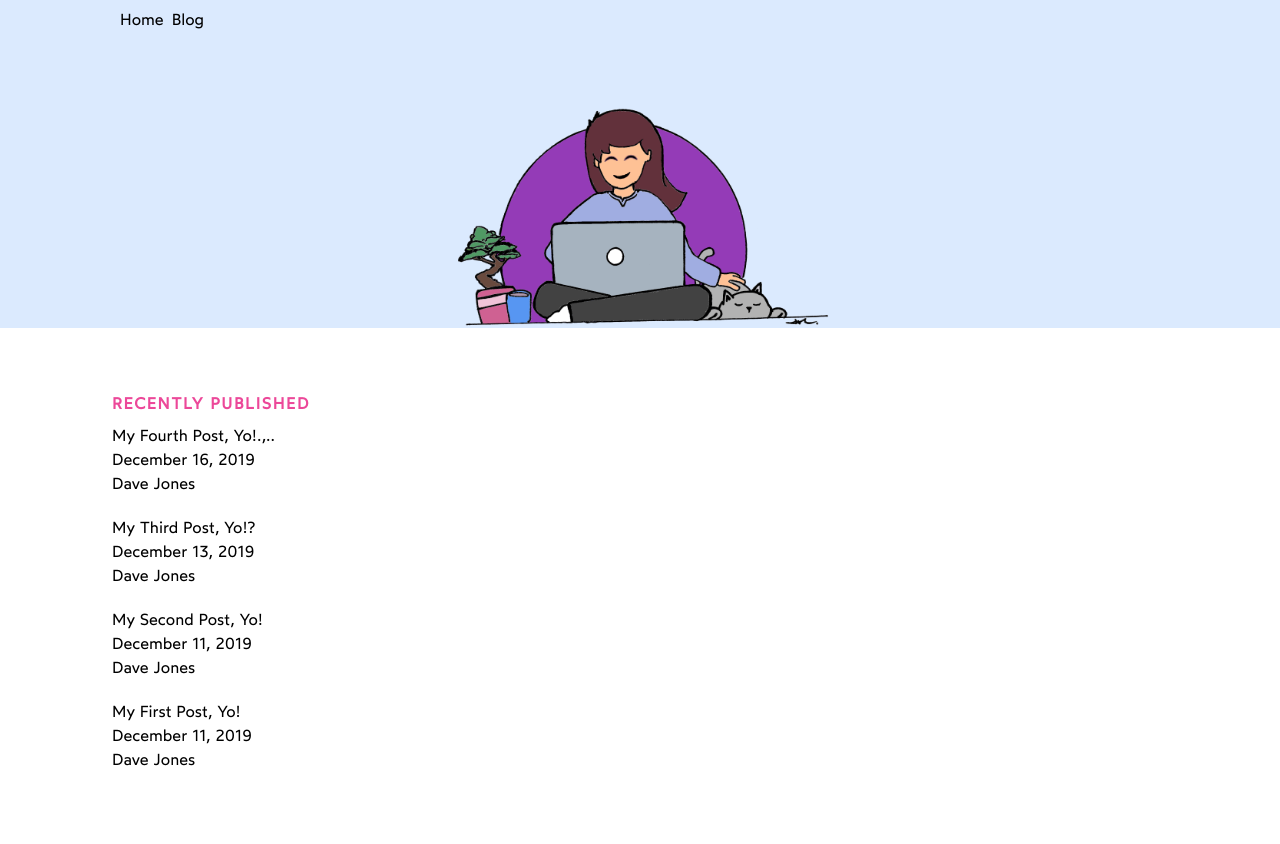
Repository: Risclover/markdown-blog
Page: /
These files come from the project's save history. The page is drawn as it stood at one moment and after the next save; the edit follows.
The browser window is 1280 px wide. The pictures show the whole page.
The project was rebuilt for these pictures with package versions that can differ from the ones it lists, and the page was loaded fresh each time.

Above is the page before, as saved 2023-06-28 14:08:41.

After the next save:
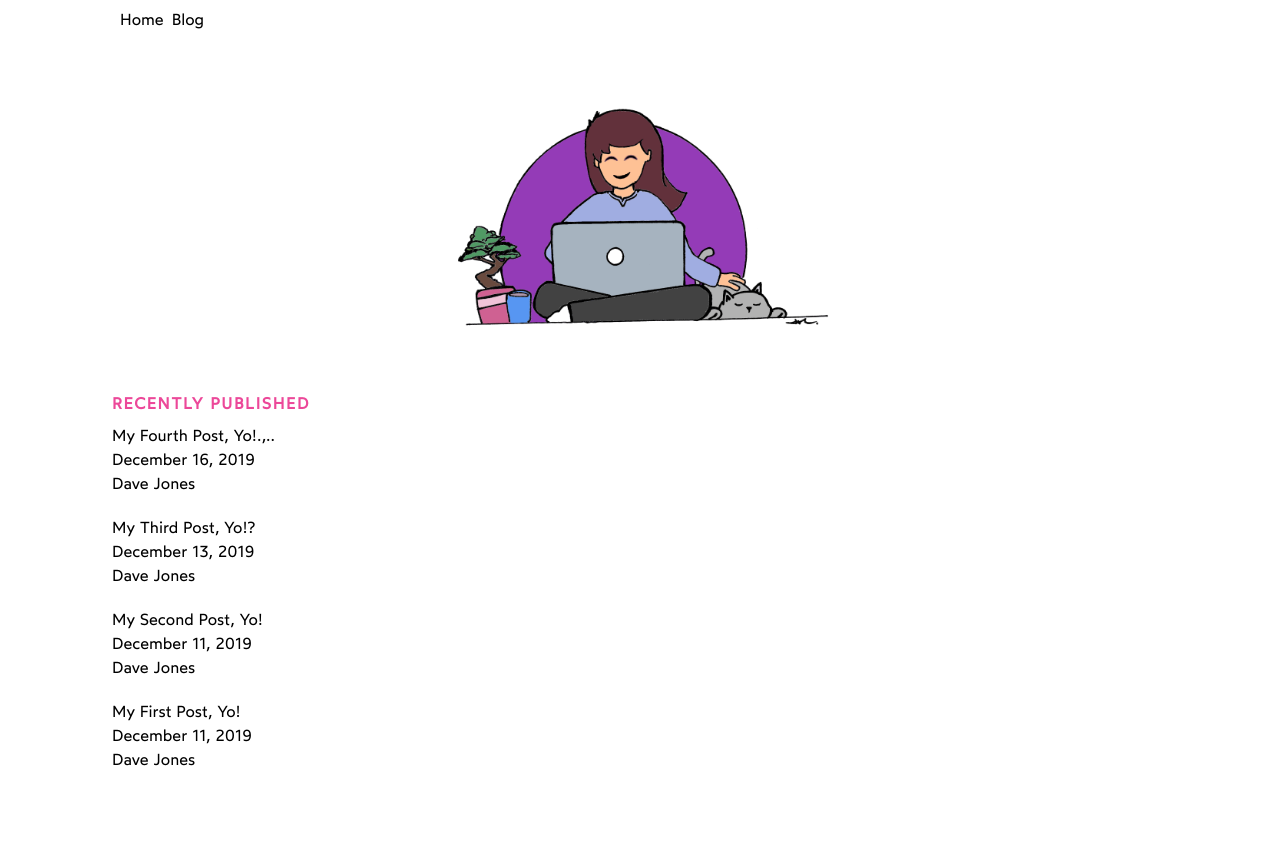
Saved 19 s later.
--- a/src/components/Header.js
+++ b/src/components/Header.js
@@ -2,7 +2,7 @@
 
 export default function Header({ children }) {
   return (
-    <header className="w-full bg-blue-100 flex flex-col">
+    <header className="w-full bg-light-blue-600 flex flex-col">
       <div className="max-w-6xl px-12 w-full mx-auto">{children}</div>
     </header>
   );

After the save that followed:
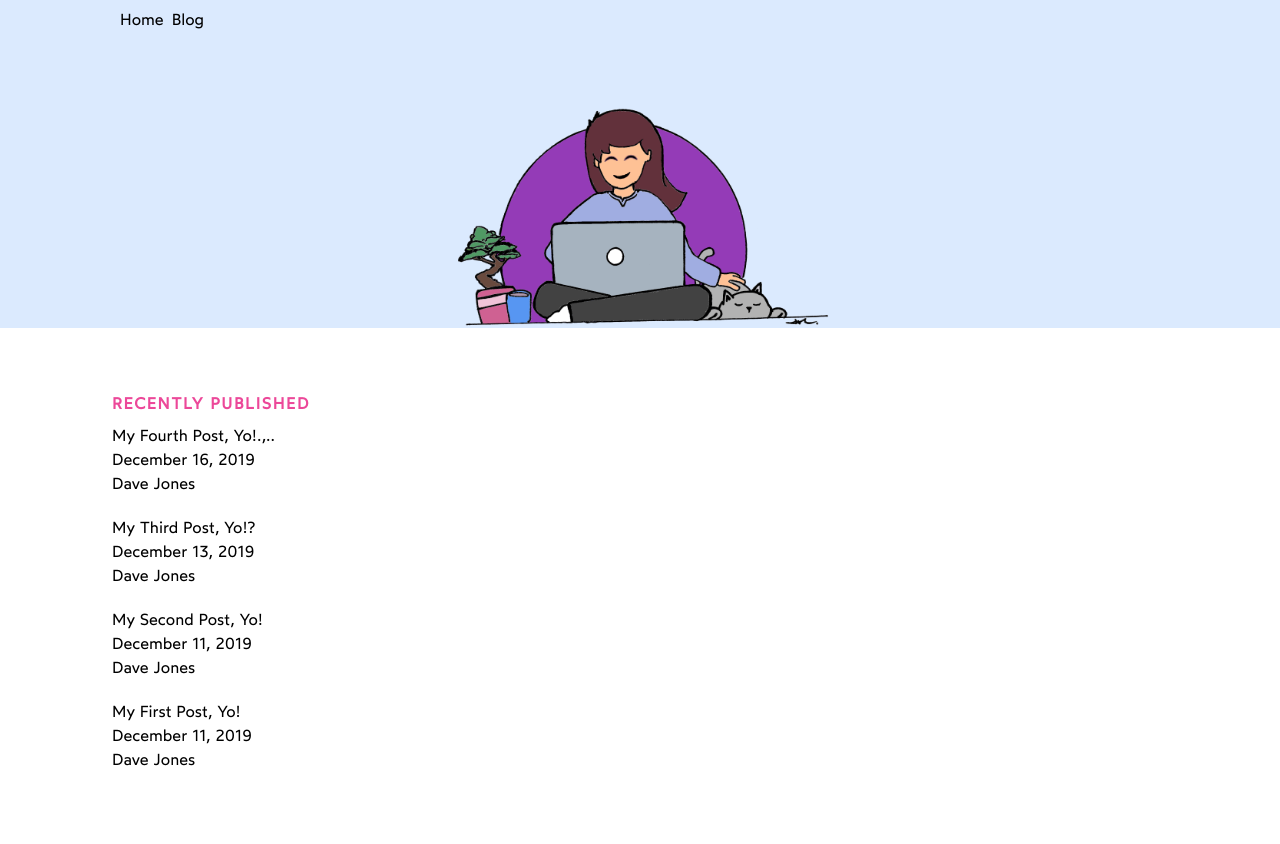
Saved 4 s later.
--- a/src/components/Header.js
+++ b/src/components/Header.js
@@ -2,7 +2,7 @@
 
 export default function Header({ children }) {
   return (
-    <header className="w-full bg-light-blue-600 flex flex-col">
+    <header className="w-full bg-blue-100 flex flex-col">
       <div className="max-w-6xl px-12 w-full mx-auto">{children}</div>
     </header>
   );
